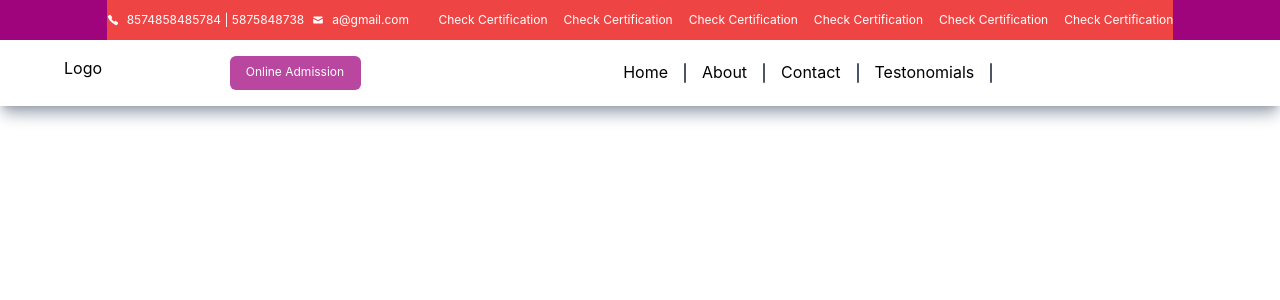
Repository: Sushant203/react-training-
Page: /
The author's editor kept a copy of each file at every save. The page is drawn from the files as they stood at one save, then again after a run of saves.
The browser window is 1280 px wide. The pictures show the whole page.
The project was rebuilt for these pictures with package versions that can differ from the ones it lists, and the page was loaded fresh each time. Also part of the build but not shown: src/App.css, src/components/LowerNav.jsx, src/components/UpperNav.jsx.

Above is the page before, as saved 2022-12-19 10:00:27.

After the next 2 saves:
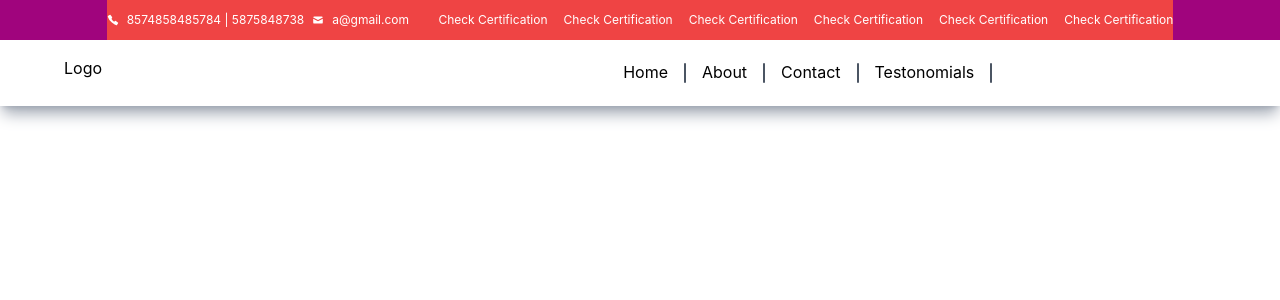
The 2 saves are shown as one change because they came seconds apart.
The last was saved 9 s later.
--- a/src/components/Naviagtion/Toolbar/Secondary.jsx
+++ b/src/components/Naviagtion/Toolbar/Secondary.jsx
@@ -18,7 +18,7 @@ function Secondary() {
   return (
     <div className="grid grid-cols-3 md:grid-cols-7 gap-2 justify-between px-16 w-full py-4 bg-white">
       <div>Logo</div>
-      <div className="bg-mainColor w-10/12 md:px-4 py-2 animate-pulse duration-700 delay-200 text-xs rounded-md transition-all cursor-pointer text-white">
+      <div className="bg-mainColorpx-0 md:px-4 py-2 animate-pulse duration-700 delay-200 text-xs rounded-md transition-all cursor-pointer text-white">
         Online Admission
       </div>
       <div className="md:col-span-5 hidden md:flex justify-center items-center gap-3">
